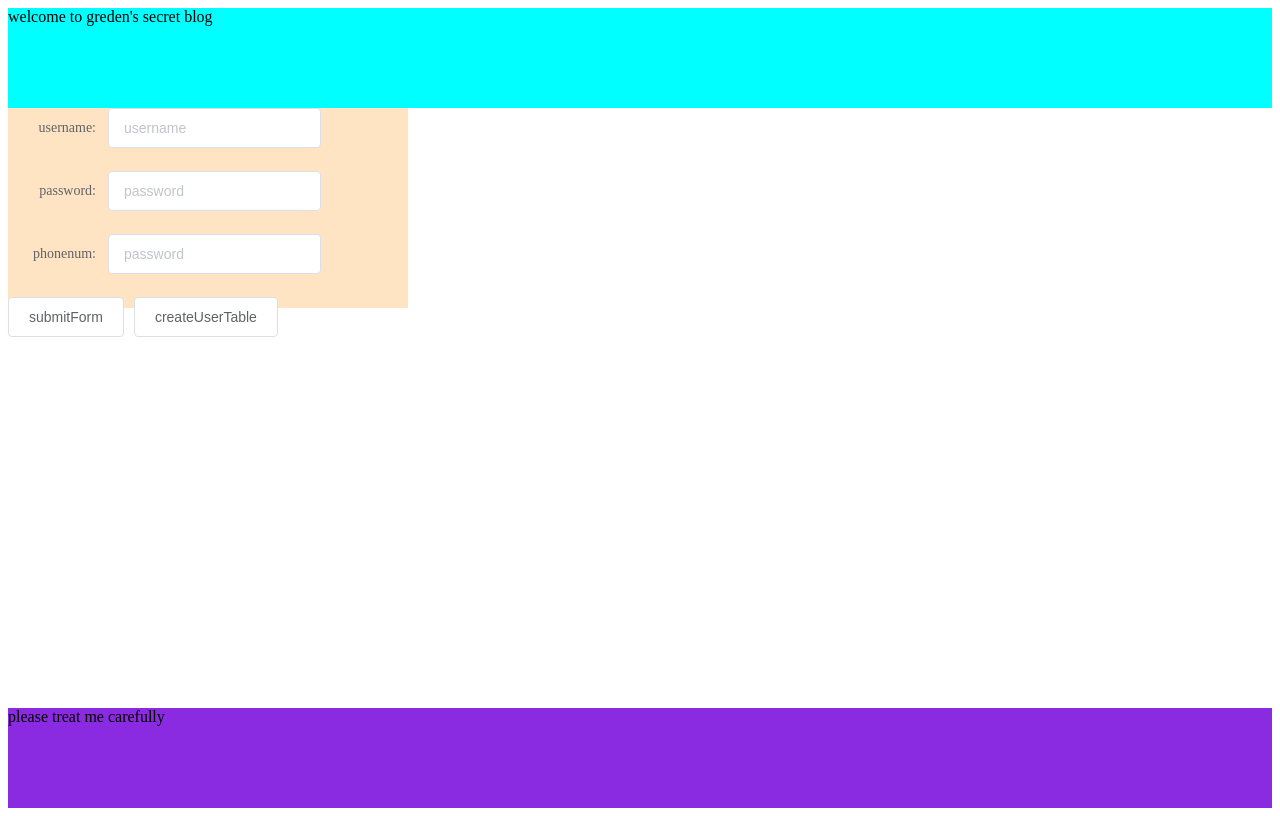
Repository: greden0814/myBlog
Page: /
The author's editor kept a copy of each file at every save. The page is drawn from the files as they stood at one save, then again after a run of saves.
The browser window is 1280 px wide. The pictures show the whole page.
The project was rebuilt for these pictures with package versions that can differ from the ones it lists, and the page was loaded fresh each time.

Above is the page before, as saved 2021-07-15 09:44:59.

After the next 3 saves:
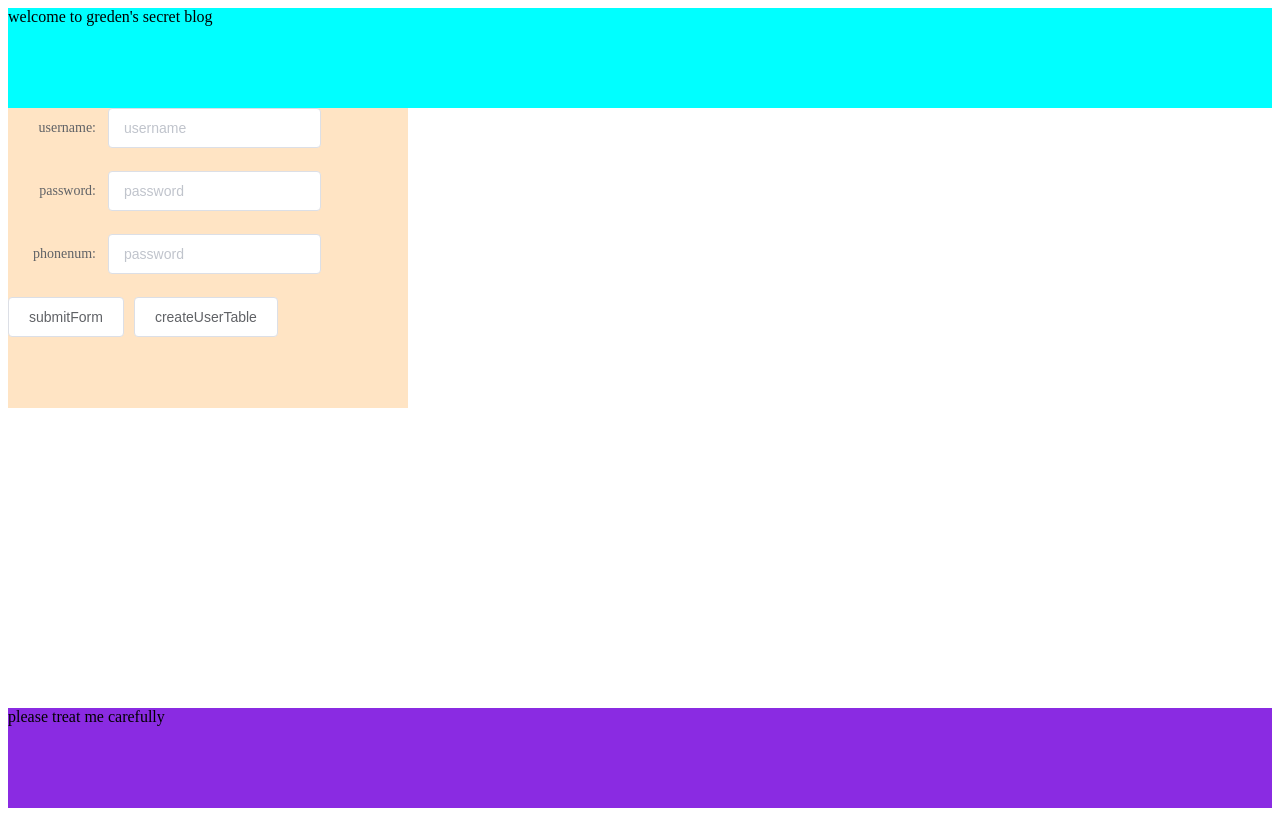
The 3 saves are shown as one change because they came seconds apart.
The last was saved 8 s later.
--- a/src/views/login/index.vue
+++ b/src/views/login/index.vue
@@ -92,7 +92,7 @@ export default {
   .body {
     height: 600px;
     .loginZone {
-      height: 200px;
+      height: 300px;
       width: 400px;
       background-color: bisque;
     }
